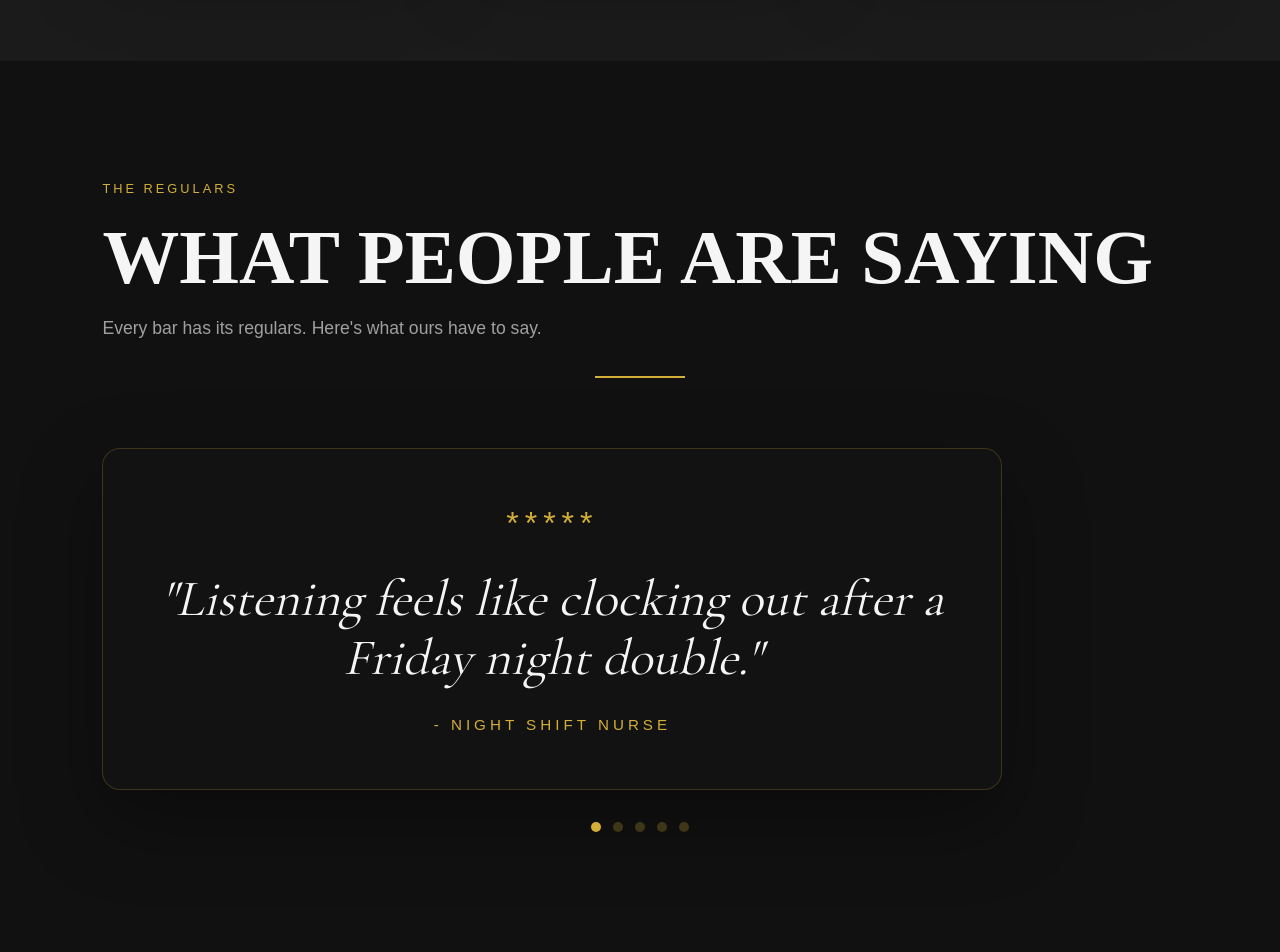
Repository: Gage-Codes/BarRot
Page: css/index.html
These files come from the project's save history. The page is drawn as it stood at one moment and after the next save; the edit follows.
The browser window is 1280 px wide. The pictures show the part of the page from y = 4442 to 5394 px (the page is 5394 px tall before and 5347 px after).

Above is the page before, as saved 2026-07-05 00:13:08.

After the next save:
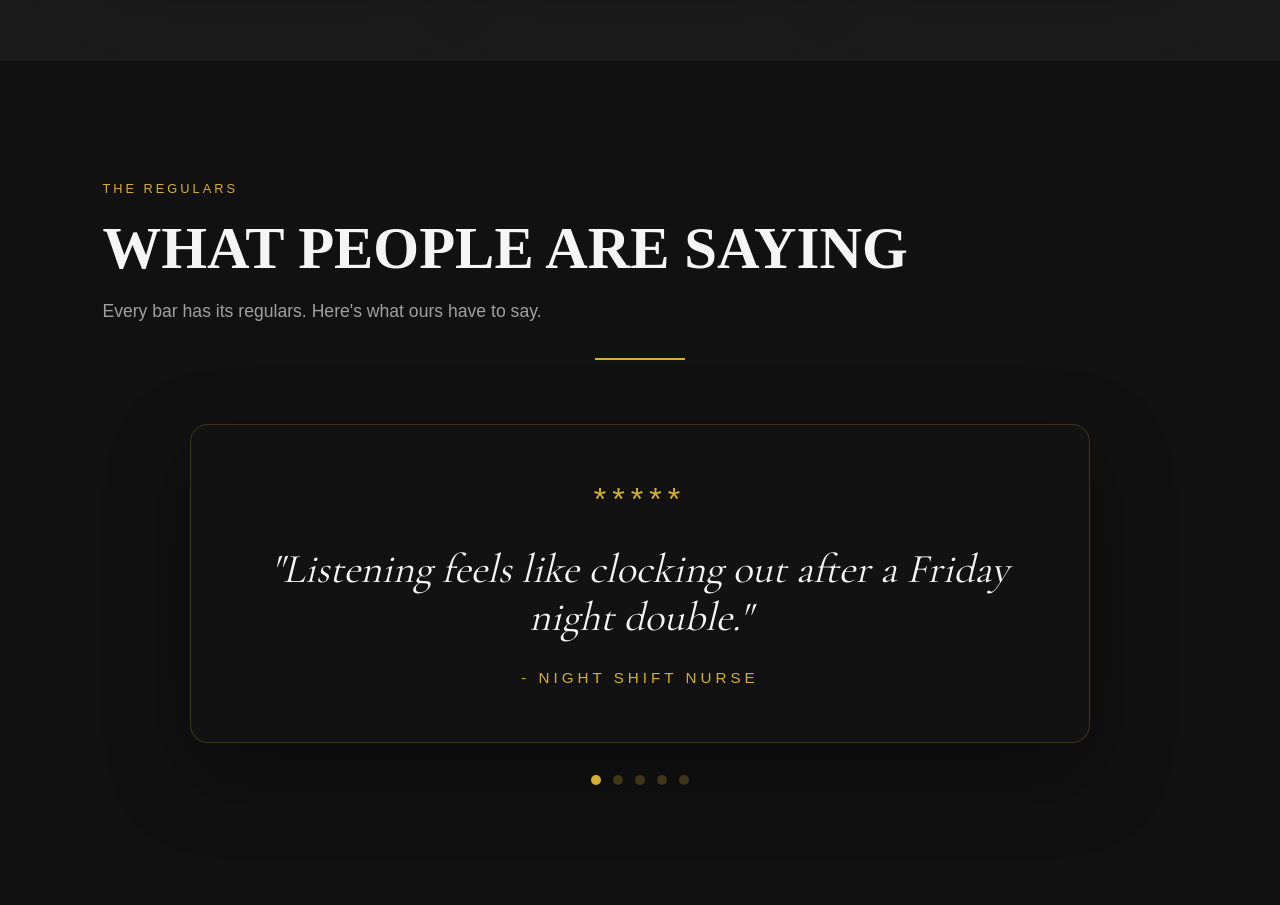
Saved 14 min 39 s later.
--- a/css/style.css
+++ b/css/style.css
@@ -516,20 +516,18 @@
     padding: 120px 8%;
     background: var(--background-color);
 }
-.section-label {
+#reviews .section-label {
     text-align: left;
 }
 .reviews-title {
     font-family: "Cinzel", serif;
-    font-size: clamp(3.5rem, 6vw, 5.8rem);
+    font-size: clamp(2.8rem, 4.6vw, 4.6rem);
     text-transform: uppercase;
     text-align: left;
     line-height: 1;
-    margin-top: 12px;
     margin-bottom: 18px;
 }
 .reviews-subtitle {
-    max-width: 600px;
     color: var(--gray);
     font-size: 1.1rem;
     text-align: left;
@@ -540,9 +538,13 @@
 #reviews .section-divider {
     margin: 0 auto 64px;
 }
+.review-slider {
+    display: flex;
+    justify-content: center;
+}
 .review-card {
+    width: 100%;
     max-width: 900px;
-    margin: 70px 0 auto;
     padding: 56px;
     border: 1px solid rgba(212, 175, 55, 0.22);
     border-radius: 18px;
@@ -559,10 +561,11 @@
 .review-text {
     color: var(--text);
     font-family: "Cormorant Garamond", serif;
-    font-size: clamp(2rem, 4vw, 3.3rem);
+    font-size: clamp(2rem, 3.2vw, 3rem);
     line-height: 1.15;
     font-style: italic;
-    margin-bottom: 28px;
+    max-width: 760px;
+    margin: 0 auto 28px;
 }
 .review-author {
     color: var(--accent);
